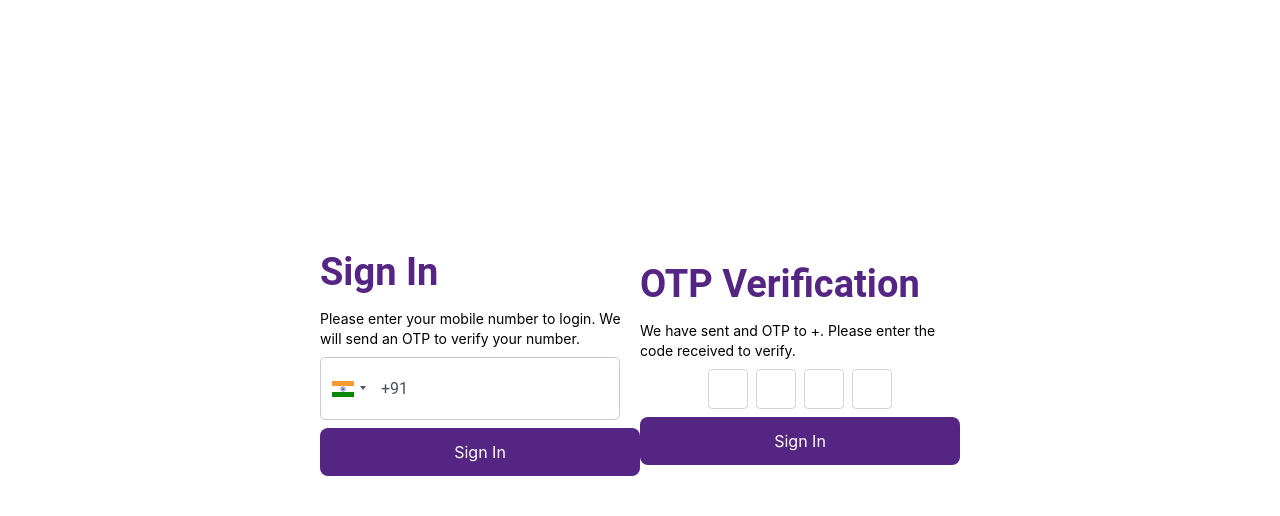
Repository: jayaprakash27/helloar-task
Page: /
An editor plug-in stored every save of this project. The page is shown before and after the next save, followed by the edit.
The browser window is 1280 px wide. The pictures show the whole page.
The project was rebuilt for these pictures with package versions that can differ from the ones it lists, and the page was loaded fresh each time.

Above is the page before, as saved 2023-10-27 00:03:11.

After the next save:
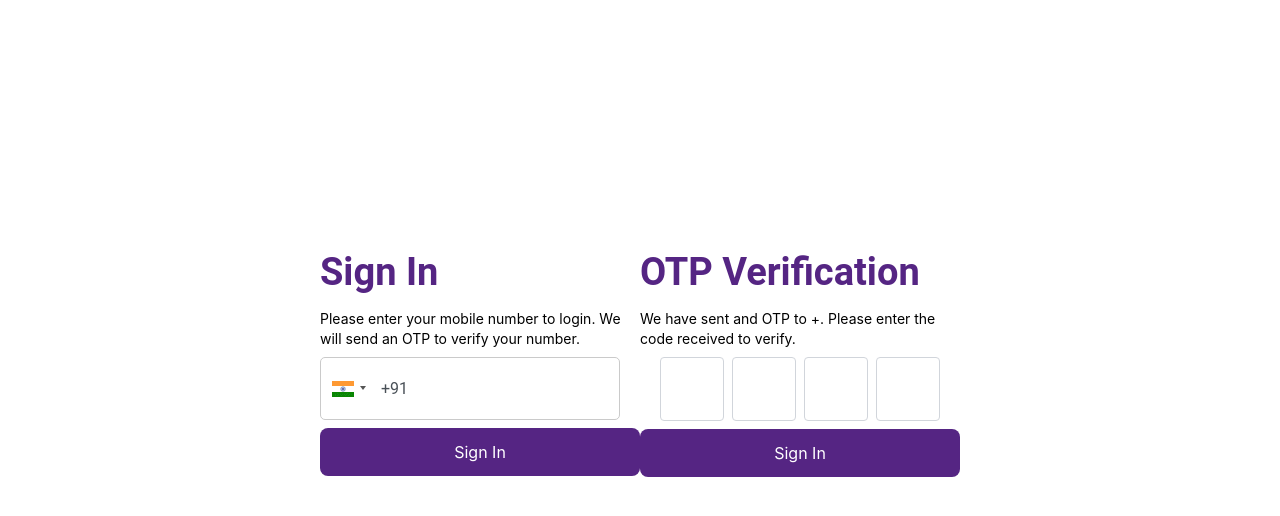
Saved 40 s later.
--- a/src/components/Login.jsx
+++ b/src/components/Login.jsx
@@ -96,7 +96,7 @@ function Login() {
               value={digit}
               onChange={(e) => handleInputChange(index, e.target.value)}
               maxLength="1"
-              className="w-10 h-10 border border-gray-300 rounded text-xl text-center"
+              className="w-16 h-16 border border-gray-300 rounded text-xl text-center"
             />
           ))}
         </div>
